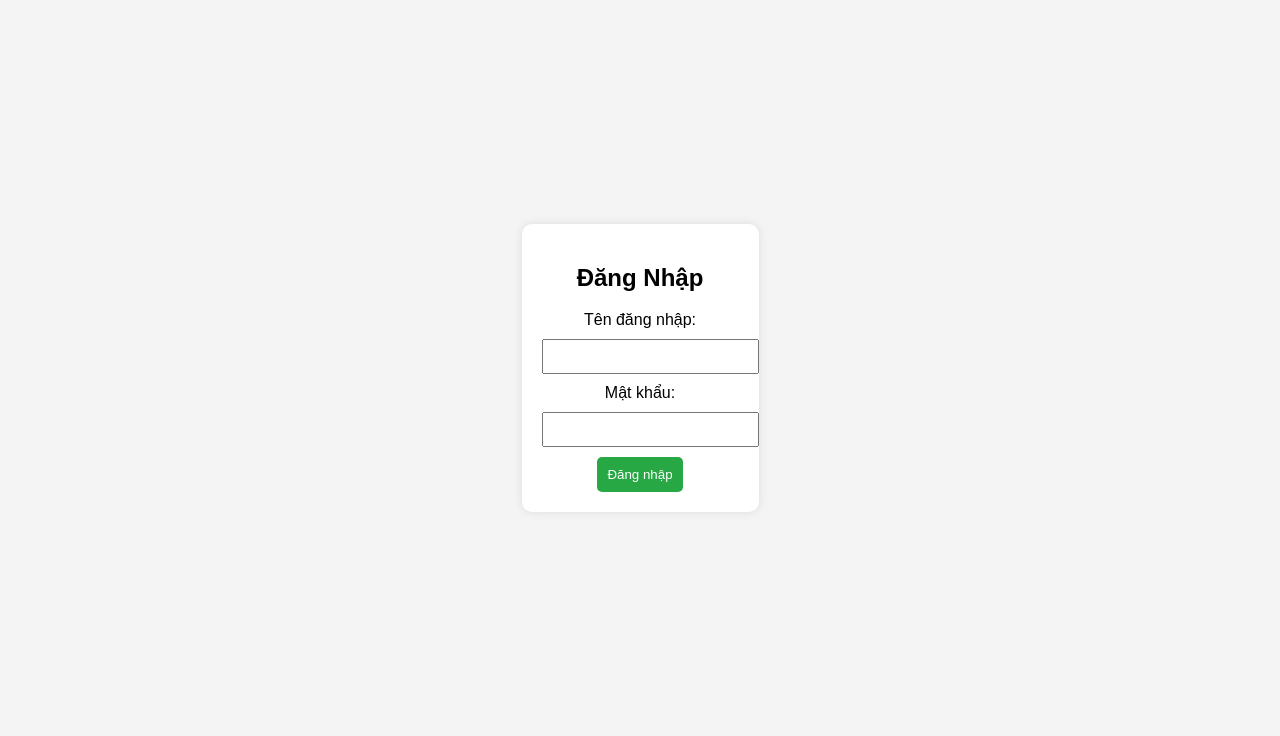
Repository: ThongThien/64132265_Web2
Page: Login/src/main/webapp/login.html
An editor plug-in stored every save of this project. The page is shown before and after the next save, followed by the edit.
The browser window is 1280 px wide. The pictures show the whole page.

Above is the page before, as saved 2025-02-18 10:32:49.

After the next save:
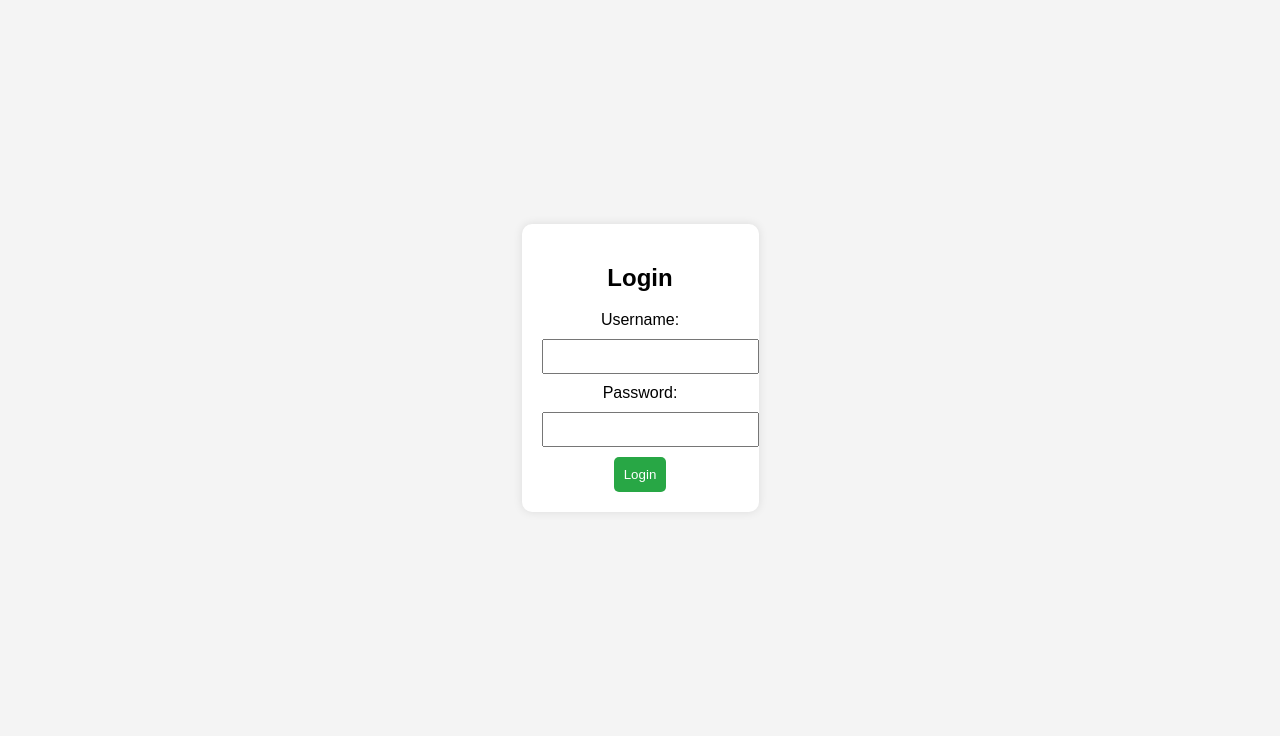
Saved 43 s later.
--- a/Login/src/main/webapp/login.html
+++ b/Login/src/main/webapp/login.html
@@ -40,13 +40,13 @@
 </head>
 <body>
     <div class="login-container">
-        <h2>Đăng Nhập</h2>
+        <h2>Login</h2>
         <form action="login.jsp" method="post">
-            <label for="username">Tên đăng nhập:</label>
+            <label for="username">Username:</label>
             <input type="text" id="username" name="username" required>
-            <label for="password">Mật khẩu:</label>
+            <label for="password">Password:</label>
             <input type="password" id="password" name="password" required>
-            <button type="submit">Đăng nhập</button>
+            <button type="submit">Login</button>
         </form>
     </div>
 </body>
